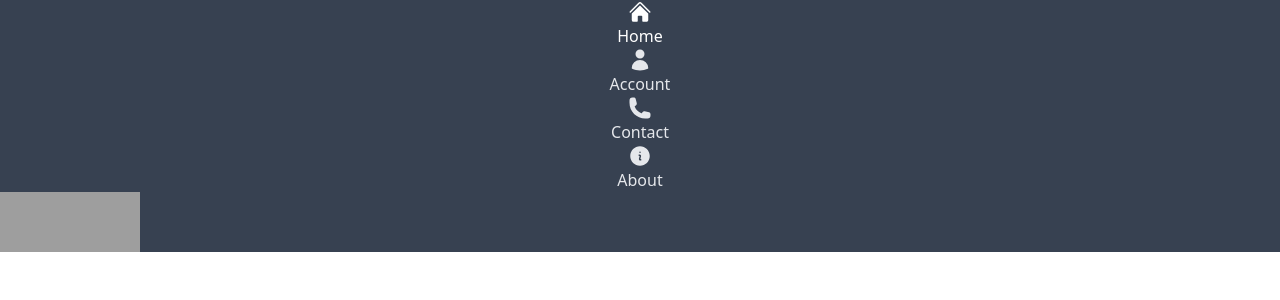
Repository: lyvandat/imdb-movie
Page: /
These files come from the project's save history. The page is drawn as it stood at one moment and after the next save; the edit follows.
The browser window is 1280 px wide. The pictures show the whole page.
Pictures or frames that could not be fetched are drawn as grey boxes. The project was rebuilt for these pictures with package versions that can differ from the ones it lists, and the page was loaded fresh each time. The framework's server and built-in components were replaced by stand-ins that run in the browser. Also part of the build but not shown: next.config.js.

Above is the page before, as saved 2022-10-04 10:30:00.

After the next save:
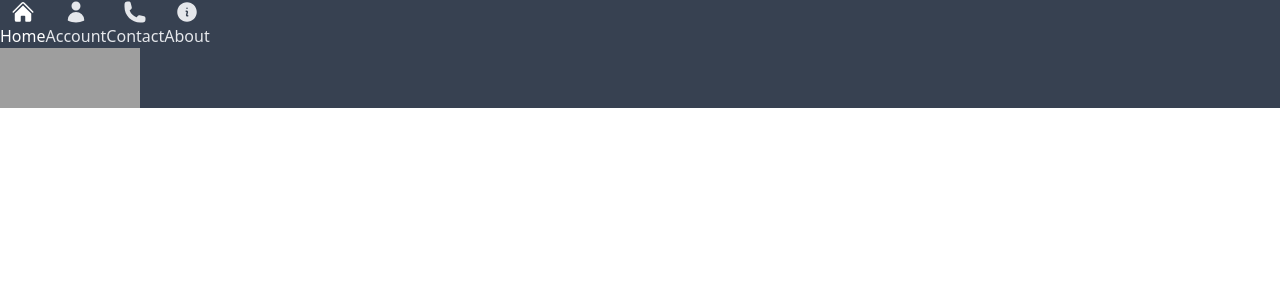
Saved 8 s later.
--- a/components/Header.js
+++ b/components/Header.js
@@ -13,7 +13,7 @@ import Link from "next/link";
 function Header() {
   return (
     <section className="flex flex-col bg-gray-700 select-none text-gray-200 ">
-      <ul className="">
+      <ul className="flex">
         <li className="flex flex-col items-center hover:text-white active:text-red-500">
           <HomeIcon className="h-6" />
           <p>Home</p>
